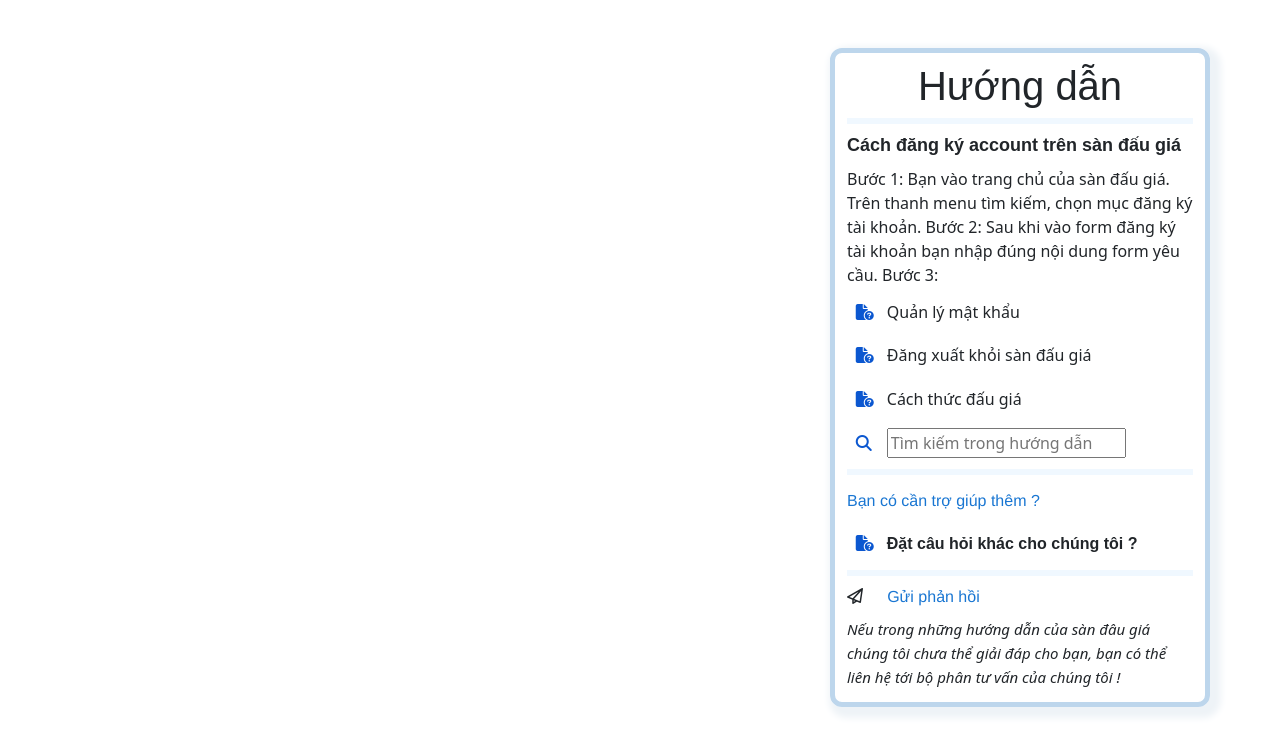
Repository: SonPhamThe/C0622G1-module5
Page: prototype--module6/guides/guide1.html
An editor plug-in stored every save of this project. The page is shown before and after the next save, followed by the edit.
The browser window is 1280 px wide. The pictures show the whole page.
Some web libraries are served in a nearby version.

Above is the page before, as saved 2022-12-07 15:08:12.

### prototype--module6/guides/guide1.html
<!DOCTYPE html>
<html lang="en">
  <head>
    <meta charset="UTF-8" />
    <meta
      name="viewport"
      content="width=device-width, user-scalable=no, initial-scale=1.0, maximum-scale=1.0, minimum-scale=1.0"
    />
    <meta http-equiv="X-UA-Compatible" content="ie=edge" />
    <title>Trang chủ hướng dẫn</title>
    <link rel="stylesheet" href="guide1.css" />
    <link rel="icon" type="image/x-icon" href="favicon.ico" />

    <link
      rel="stylesheet"
      href="https://cdnjs.cloudflare.com/ajax/libs/font-awesome/6.2.1/css/all.min.css"
    />

    <link
      href="https://cdn.jsdelivr.net/npm/bootstrap@5.1.3/dist/css/bootstrap.min.css"
      rel="stylesheet"
      integrity="sha384-1BmE4kWBq78iYhFldvKuhfTAU6auU8tT94WrHftjDbrCEXSU1oBoqyl2QvZ6jIW3"
      crossorigin="anonymous"
    />
    <script
      src="https://cdn.jsdelivr.net/npm/bootstrap@5.1.3/dist/js/bootstrap.bundle.min.js"
      integrity="sha384-ka7Sk0Gln4gmtz2MlQnikT1wXgYsOg+OMhuP+IlRH9sENBO0LRn5q+8nbTov4+1p"
      crossorigin="anonymous"
    ></script>
    <link
      rel="stylesheet"
      href="https://cdnjs.cloudflare.com/ajax/libs/font-awesome/5.15.4/css/all.min.css"
    />
  </head>
  <body>
    <!--Khi chọn mục hướng dẫn trên navbar sẽ đổ modal xuống. Ở trang chủ hướng dẫn em tính làm gồm những phần:
      Cách đăng ký account,
      Thay đổi hoặc đặt lại mật khẩu của bạn,
      Quản lý mật khẩu, vv....
      Khi click một trong số option sẽ chuyển qua một form chứa nội dung của từng tiêu đề đó
     -->
    <div class="container mb-5 mt-5">
      <div class="row">
        <div class="col-lg-4"></div>
        <div class="col-lg-4"></div>
        <div class="boxed col-lg-4 shadow-md" style="height: 100% !important">
          <form>
            <div class="mt-1 text-center">
              <h1 style="font-family: sans-serif;">Hướng dẫn</h1>
            </div>
            <div
              class="mb-2"
              style="height: 6px; background-color: aliceblue; width: 100%"
            ></div>
            <div class="mb-2">
              <label><strong style="font-family: sans-serif; font-size: large;">Cách đăng ký account trên sàn đấu giá</strong></label>
            </div>
            <div class="mb-2">
              <span>
                Bước 1: Bạn vào trang chủ của sàn đấu giá. Trên thanh menu tìm kiếm, chọn mục đăng ký tài khoản.
                Bước 2: Sau khi vào form đăng ký tài khoản bạn nhập đúng nội dung form yêu cầu.
                Bước 3:
              </span>
            </div>
            <div class="mb-2">
              <i class="fa-solid fa-file-circle-question"></i>
              <label>Quản lý mật khẩu</label>
            </div>
            <div class="mb-2">
              <i class="fa-solid fa-file-circle-question"></i>
              <label>Đăng xuất khỏi sàn đấu giá</label>
            </div>

            <div class="mb-2">
              <i class="fa-solid fa-file-circle-question"></i>
              <label>Cách thức đấu giá</label>
            </div>

            <div class="mb-2">
              <i class="fa-solid fa-magnifying-glass"></i>
              <input
                type="search"
                class="search"
                placeholder="Tìm kiếm trong hướng dẫn"
              />
            </div>
            <div
              class="mb-2"
              style="height: 6px; background-color: aliceblue; width: 100%"
            ></div>

            <div class="mb-2">
              <h6
                class="mt-3 mb-3"
                style="color: #1976d2; font-family: Helvetica"
              >
                Bạn có cần trợ giúp thêm ?
              </h6>
              <div class="mb-2">
                <i class="fa-solid fa-file-circle-question"></i>
                <label  style="font-family: sans-serif;"><strong>Đặt câu hỏi khác cho chúng tôi ?</strong></label>
              </div>
              <div
                class="mb-2"
                style="height: 6px; background-color: aliceblue; width: 100%"
              ></div>
              <div class="mb-2">
                <i class="fa-regular fa-paper-plane"></i>
                <label style="color: #1976d2; font-family: Helvetica; margin-left: 20px;">
                  Gửi phản hồi
                </label>
              </div>
            </div>
          </form>
          <div class="mb-2">
            <span style="font-size: 15px" class="fst-italic"
              >Nếu trong những hướng dẫn của sàn đâu giá chúng tôi chưa thể giải
              đáp cho bạn, bạn có thể liên hệ tới bộ phân tư vấn của chúng tôi
              !</span
            >
          </div>
        </div>

        <div class="col-lg-3"></div>
      </div>
    </div>
  </body>
  <script src="//ajax.googleapis.com/ajax/libs/jquery/1.9.1/jquery.min.js"></script>
  <script
    src="https://cdn.jsdelivr.net/npm/popper.js@1.12.9/dist/umd/popper.min.js"
    integrity="sha384-ApNbgh9B+Y1QKtv3Rn7W3mgPxhU9K/ScQsAP7hUibX39j7fakFPskvXusvfa0b4Q"
    crossorigin="anonymous"
  ></script>
</html>

### prototype--module6/guides/guide1.css
.boxed {
  width: 400px;
  height: 550px;
}

.boxed {
  border: 5px solid;
  border-image-slice: 1;
  border-color: rgb(189, 214, 236);
  padding: 5px;
  border-radius: 12px;
  background-color: transparent;
  box-shadow: 5px 5px 7px 6px  rgb(238, 243, 247);
}

.fa-solid {
  color: #0b57d0;
  height: 1.125rem;
  margin: 0.55rem;
  visibility: initial;
  width: 1.125rem;
}

After the next save:
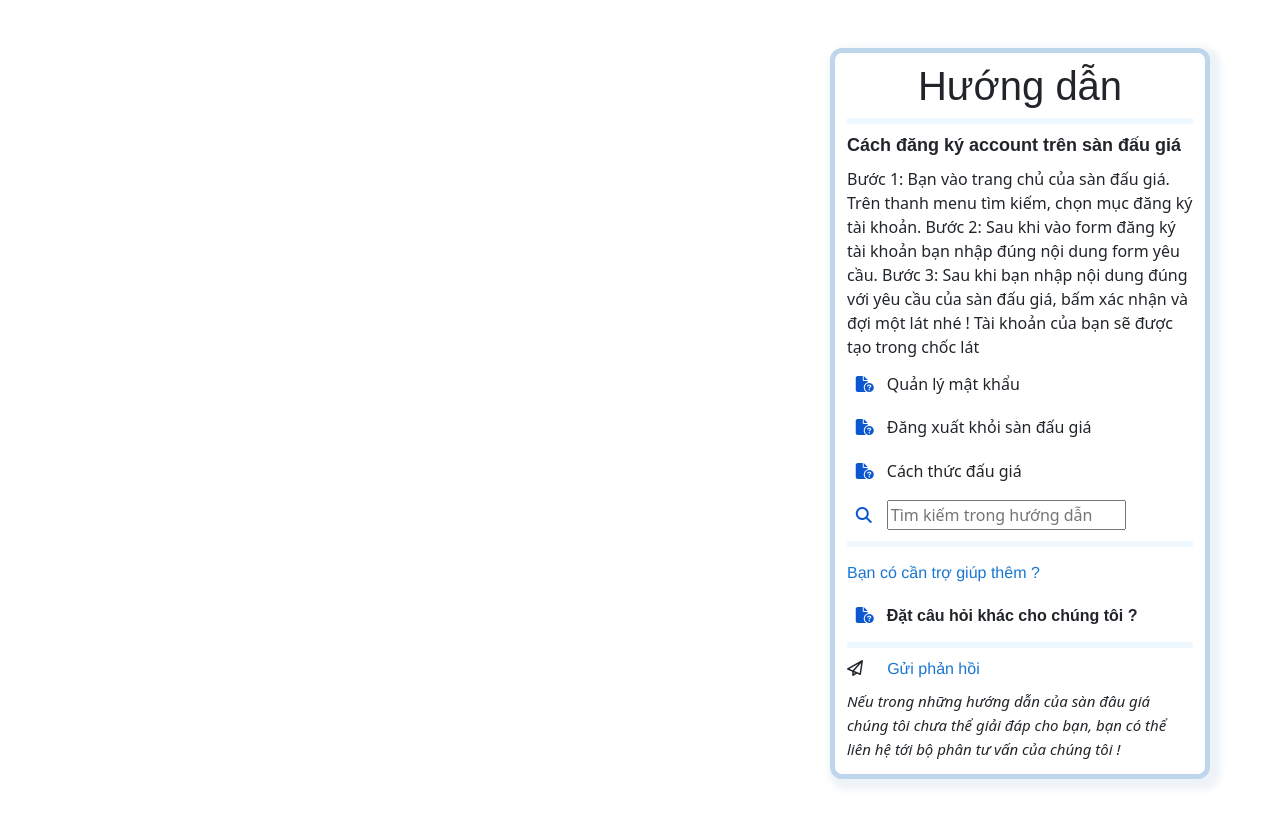
Saved 33 s later.
--- a/prototype--module6/guides/guide1.html
+++ b/prototype--module6/guides/guide1.html
@@ -59,7 +59,7 @@
               <span>
                 Bước 1: Bạn vào trang chủ của sàn đấu giá. Trên thanh menu tìm kiếm, chọn mục đăng ký tài khoản.
                 Bước 2: Sau khi vào form đăng ký tài khoản bạn nhập đúng nội dung form yêu cầu.
-                Bước 3:
+                Bước 3: Sau khi bạn nhập nội dung đúng với yêu cầu của sàn đấu giá, bấm xác nhận và đợi một lát nhé ! Tài khoản của bạn sẽ được tạo trong chốc lát
               </span>
             </div>
             <div class="mb-2">
